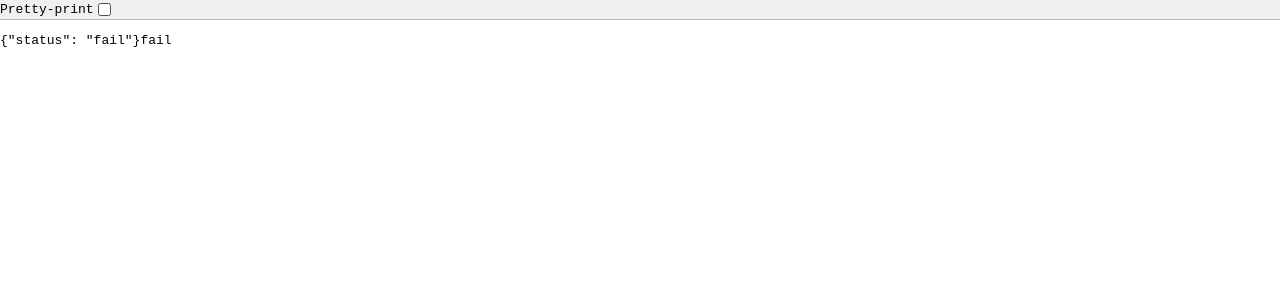
Repository: chaejunho689/bitcamp
Page: http://localhost/PersonalProject/jsp/login.jsp
The author's editor kept a copy of each file at every save. The page is drawn from the files as they stood at one save, then again after the next save.
The browser window is 1280 px wide. The pictures show the whole page.
The page is served by Tomcat 9. Other server files are loaded and not shown. Queries for data that is not in the repository find no rows.

Above is the page before, as saved 2024-08-31 17:13:18.

### PersonalProject/src/main/webapp/jsp/login.jsp
<%@page import="Account.AccountDTO"%>
<%@page import="Account.AccountDAO"%>
<%@ page language="java" contentType="text/html; charset=UTF-8"
    pageEncoding="UTF-8"%>
<%@ page trimDirectiveWhitespaces="true" %> <%-- XML태그 시작전의 공백 제거 --%>
<%

	String login_id = request.getParameter("login_id");
	String login_pw = request.getParameter("login_pw");
	String result = "";

	AccountDAO accountDAO = new AccountDAO();

	String loginResult = accountDAO.login(login_id, login_pw);

	out.print(loginResult);

    // 로그인 성공 여부를 판단하여 JSON 형식으로 응답
    if ("success".equals(loginResult)) {
        // 로그인 성공 시, 사용자 ID를 AccountDAO에서 받아옴
        AccountDTO account = accountDAO.getAccountById(login_id);
        if (account != null) {
            String user_Id = account.getUser_id(); // AccountDTO에서 사용자 ID를 가져옴

            // JSON 응답 생성
            response.setContentType("application/json");
            response.setCharacterEncoding("UTF-8");
            response.getWriter().write("{\"status\": \"success\", \"user_Id\": \"" + user_Id + "\"}");
        } else {
            // 만약 계정 정보가 없는 경우 (이론적으로는 발생하지 않음)
            response.setContentType("application/json");
            response.setCharacterEncoding("UTF-8");
            response.getWriter().write("{\"status\": \"fail\"}");
        }
    } else {
        // 로그인 실패 시 JSON 응답
        response.setContentType("application/json");
        response.setCharacterEncoding("UTF-8");
        response.getWriter().write("{\"status\": \"fail\"}");
    }

    System.out.println("로그인 시도: ID=" + login_id + ", PW=" + login_pw);

%>

### PersonalProject/src/main/java/Account/AccountDAO.java
package Account;

import java.sql.Connection;
import java.sql.DriverManager;
import java.sql.PreparedStatement;
import java.sql.ResultSet;
import java.sql.SQLException;

import org.apache.jasper.tagplugins.jstl.core.Out;

public class AccountDAO {
	private String driver = "oracle.jdbc.driver.OracleDriver";
	private String url ="jdbc:oracle:thin:@192.168.0.43:1521:xe";
	private String username = "c##java";
	private String password = "1234";

	private Connection con;
	private PreparedStatement pstmt;
	private ResultSet rs;

	public String session_id = null;
	public String session_pwd = null;
	public String session_name = null;
	public boolean login_yn = false;
	public int session_auth;

	private static AccountDAO instance = new AccountDAO();

	public AccountDAO() {
		try {
			Class.forName(driver);
			//			System.out.println("driver loading...");
		} catch (ClassNotFoundException e) {
			e.printStackTrace();
		}
	}

	public static AccountDAO getInstance() {
		return instance;
	}

	public void getConnection() {
		try {
			con = DriverManager.getConnection(url, username, password);
			//			System.out.println("Oracle Connect...");
		} catch (SQLException e) {
			e.printStackTrace();
		}
	}

	public void register(String user_id, String user_pw, String user_name, String user_email, String user_address, String user_phonenumber) {
		getConnection();
		String sql = "INSERT INTO USER_ACCOUNT(USER_ID, USER_PW, USER_NAME, USER_EMAIL, USER_ADDRESS, USER_PHONENUMBER, USER_NO) VALUES(?, ?, ?, ?, ?, ?, FOOD_SEQUENCE.NEXTVAL)";

		try {
			pstmt = con.prepareStatement(sql);
			pstmt.setString(1,user_id);
			pstmt.setString(2,user_pw);
			pstmt.setString(3,user_name);
			pstmt.setString(4,user_email);
			pstmt.setString(5,user_address);
			pstmt.setString(6,user_phonenumber);
			pstmt.executeUpdate();

		} catch (SQLException e) {
			e.printStackTrace();
		}
	}



	public String login(String user_id, String user_pw) {
		String result = "fail";
		getConnection();

		try {
			pstmt = con.prepareStatement("SELECT USER_ID, USER_PW, USER_NAME FROM USER_ACCOUNT WHERE USER_ID = ? and USER_PW = ?");
			pstmt.setString(1,user_id);
			pstmt.setString(2,user_pw);

			rs = pstmt.executeQuery();
	        if (rs.next()) {
	            result = "success";
	            System.out.println("로그인 성공: ID=" + user_id + ", PW=" + user_pw);
	        } else {
	            System.out.println("로그인 실패: 아이디 또는 비밀번호가 일치하지 않습니다.");
	        }
		} catch (SQLException e) {
			e.printStackTrace();
		} finally { // finally : 에러와 상관없이 끝나면 실행 됨.
			// 거꾸로 close 해줘야 함.
			try {
				if(pstmt != null) {
					pstmt.close();
				}
				if(con != null) {
					con.close();
				}
			} catch (SQLException e) {
				e.printStackTrace();
			}
		}

		return result;
	}

	// AccountDTO를 반환하는 메서드 추가
    public AccountDTO getAccountById(String userId) {
        AccountDTO account = null;
        getConnection();

        try {
            String sql = "SELECT USER_ID, USER_PW, USER_NAME, USER_EMAIL, USER_ADDRESS, USER_PHONENUMBER FROM USER_ACCOUNT WHERE USER_ID = ?";
            pstmt = con.prepareStatement(sql);
            pstmt.setString(1, userId);
            rs = pstmt.executeQuery();

            if (rs.next()) {
                String userPw = rs.getString("USER_PW");
                String userName = rs.getString("USER_NAME");
                String userEmail = rs.getString("USER_EMAIL");
                String userAddress = rs.getString("USER_ADDRESS");
                String userPhoneNumber = rs.getString("USER_PHONENUMBER");

                account = new AccountDTO(userId, userPw, userName, userEmail, userAddress, userPhoneNumber);
            }
        } catch (SQLException e) {
            e.printStackTrace();
        } finally {
            closeResources();
        }

        return account;
    }

    // 자원 해제 메서드
    private void closeResources() {
        try {
            if (rs != null) rs.close();
            if (pstmt != null) pstmt.close();
            if (con != null) con.close();
        } catch (SQLException e) {
            e.printStackTrace();
        }
    }


}

After the next save:
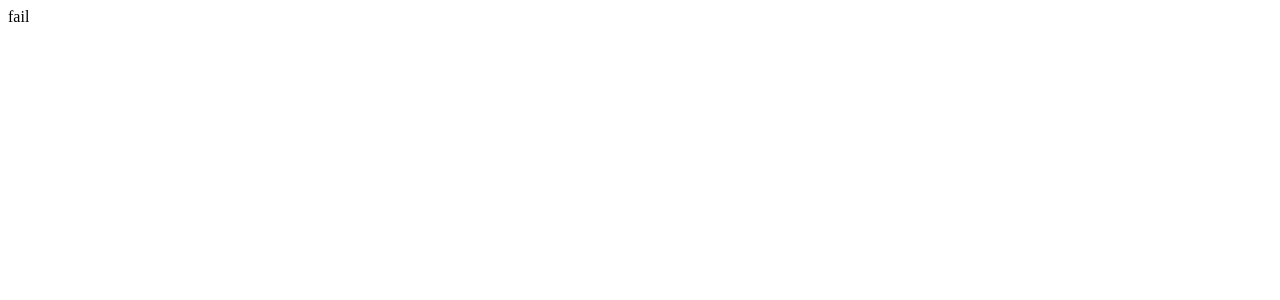
Saved 2 min 12 s later.
--- a/PersonalProject/src/main/webapp/jsp/login.jsp
+++ b/PersonalProject/src/main/webapp/jsp/login.jsp
@@ -14,31 +14,4 @@
 	String loginResult = accountDAO.login(login_id, login_pw);
 
 	out.print(loginResult);
-
-    // 로그인 성공 여부를 판단하여 JSON 형식으로 응답
-    if ("success".equals(loginResult)) {
-        // 로그인 성공 시, 사용자 ID를 AccountDAO에서 받아옴
-        AccountDTO account = accountDAO.getAccountById(login_id);
-        if (account != null) {
-            String user_Id = account.getUser_id(); // AccountDTO에서 사용자 ID를 가져옴
-
-            // JSON 응답 생성
-            response.setContentType("application/json");
-            response.setCharacterEncoding("UTF-8");
-            response.getWriter().write("{\"status\": \"success\", \"user_Id\": \"" + user_Id + "\"}");
-        } else {
-            // 만약 계정 정보가 없는 경우 (이론적으로는 발생하지 않음)
-            response.setContentType("application/json");
-            response.setCharacterEncoding("UTF-8");
-            response.getWriter().write("{\"status\": \"fail\"}");
-        }
-    } else {
-        // 로그인 실패 시 JSON 응답
-        response.setContentType("application/json");
-        response.setCharacterEncoding("UTF-8");
-        response.getWriter().write("{\"status\": \"fail\"}");
-    }
-
-    System.out.println("로그인 시도: ID=" + login_id + ", PW=" + login_pw);
-
 %>

After the 2 saves that followed:
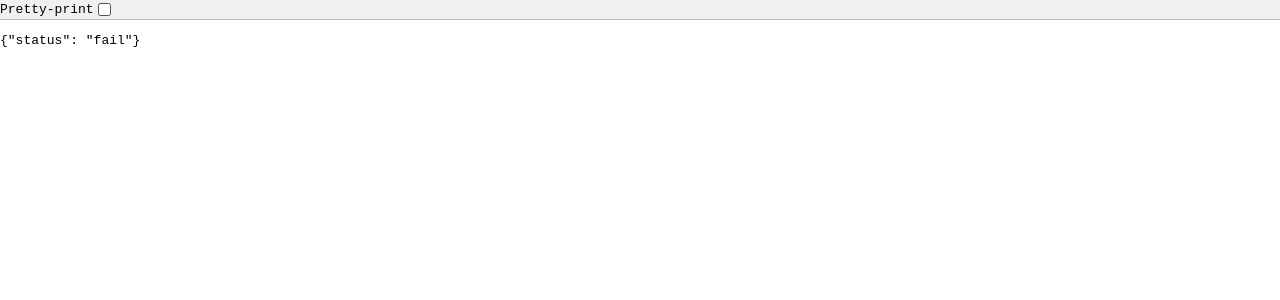
The 2 saves are shown as one change because 1 did not build or start.
The last was saved 24 s later.
--- a/PersonalProject/src/main/webapp/jsp/login.jsp
+++ b/PersonalProject/src/main/webapp/jsp/login.jsp
@@ -9,9 +9,33 @@
 	String login_pw = request.getParameter("login_pw");
 	String result = "";
 
-	AccountDAO accountDAO = new AccountDAO();
+    // AccountDAO 인스턴스 생성
+    AccountDAO accountDAO = new AccountDAO();
 
-	String loginResult = accountDAO.login(login_id, login_pw);
+    // 로그인 처리
+    String loginResult = accountDAO.login(login_id, login_pw);
 
-	out.print(loginResult);
+    // 로그인 성공 여부를 판단하여 JSON 형식으로 응답
+    if ("success".equals(loginResult)) {
+        // 로그인 성공 시, 사용자 ID를 AccountDAO에서 받아옴
+        AccountDTO account = accountDAO.getAccountById(login_id);
+        if (account != null) {
+            String userId = account.getUser_id(); // AccountDTO에서 사용자 ID를 가져옴
+
+            // JSON 응답 생성
+            response.setContentType("application/json");
+            response.setCharacterEncoding("UTF-8");
+            response.getWriter().write("{\"status\": \"success\", \"userId\": \"" + userId + "\"}");
+        } else {
+            // 만약 계정 정보가 없는 경우 (이론적으로는 발생하지 않음)
+            response.setContentType("application/json");
+            response.setCharacterEncoding("UTF-8");
+            response.getWriter().write("{\"status\": \"fail\"}");
+        }
+    } else {
+        // 로그인 실패 시 JSON 응답
+        response.setContentType("application/json");
+        response.setCharacterEncoding("UTF-8");
+        response.getWriter().write("{\"status\": \"fail\"}");
+    }
 %>
